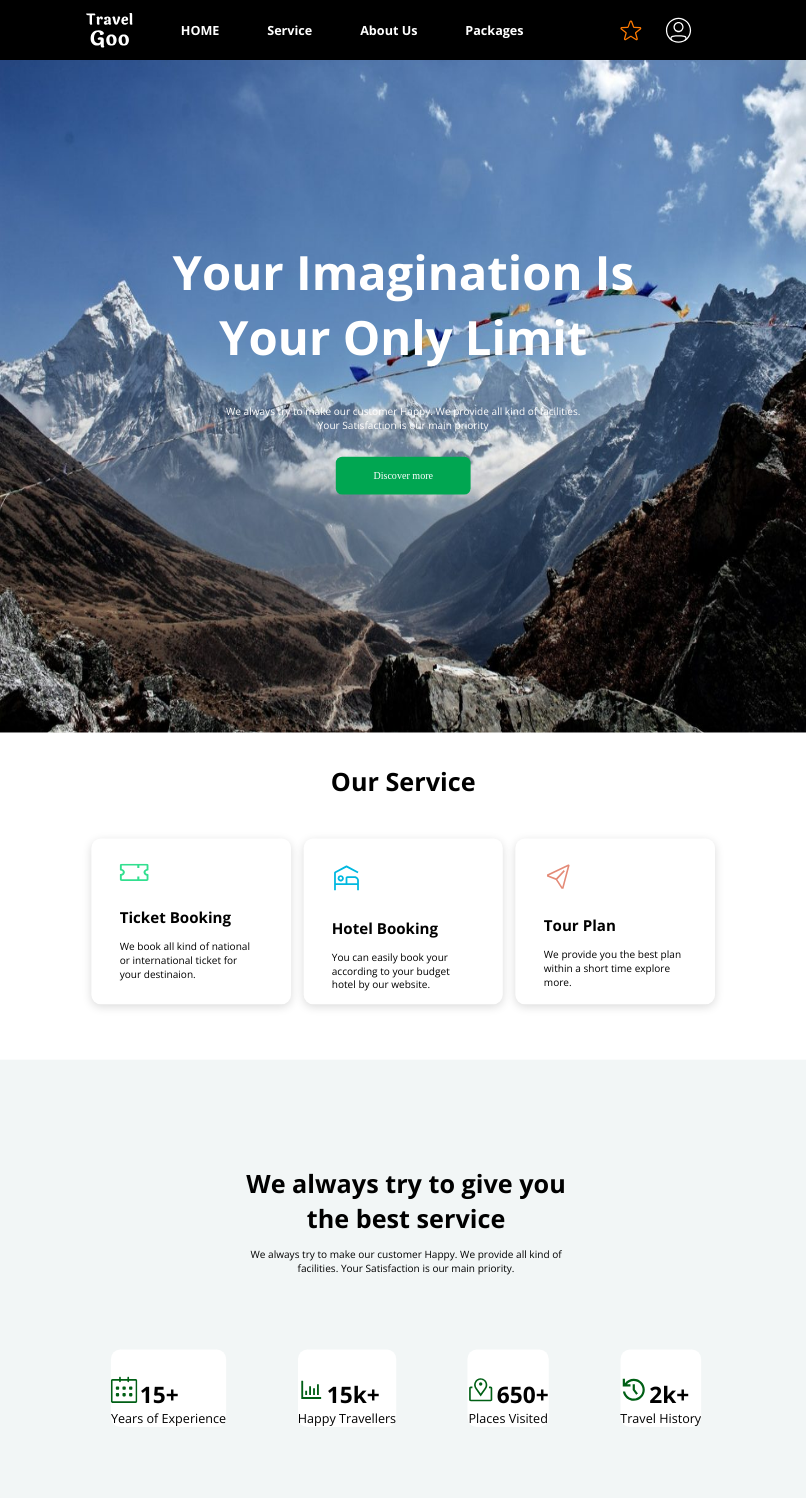
Repository: kubrazamanova/Background-Image
Page: index.html
The author's editor kept a copy of each file at every save. The page is drawn from the files as they stood at one save, then again after the next save.
The browser window is 1280 px wide. The pictures show the whole page, at 63% of full size.

Above is the page before, as saved 2023-10-17 19:04:57.

After the next save:
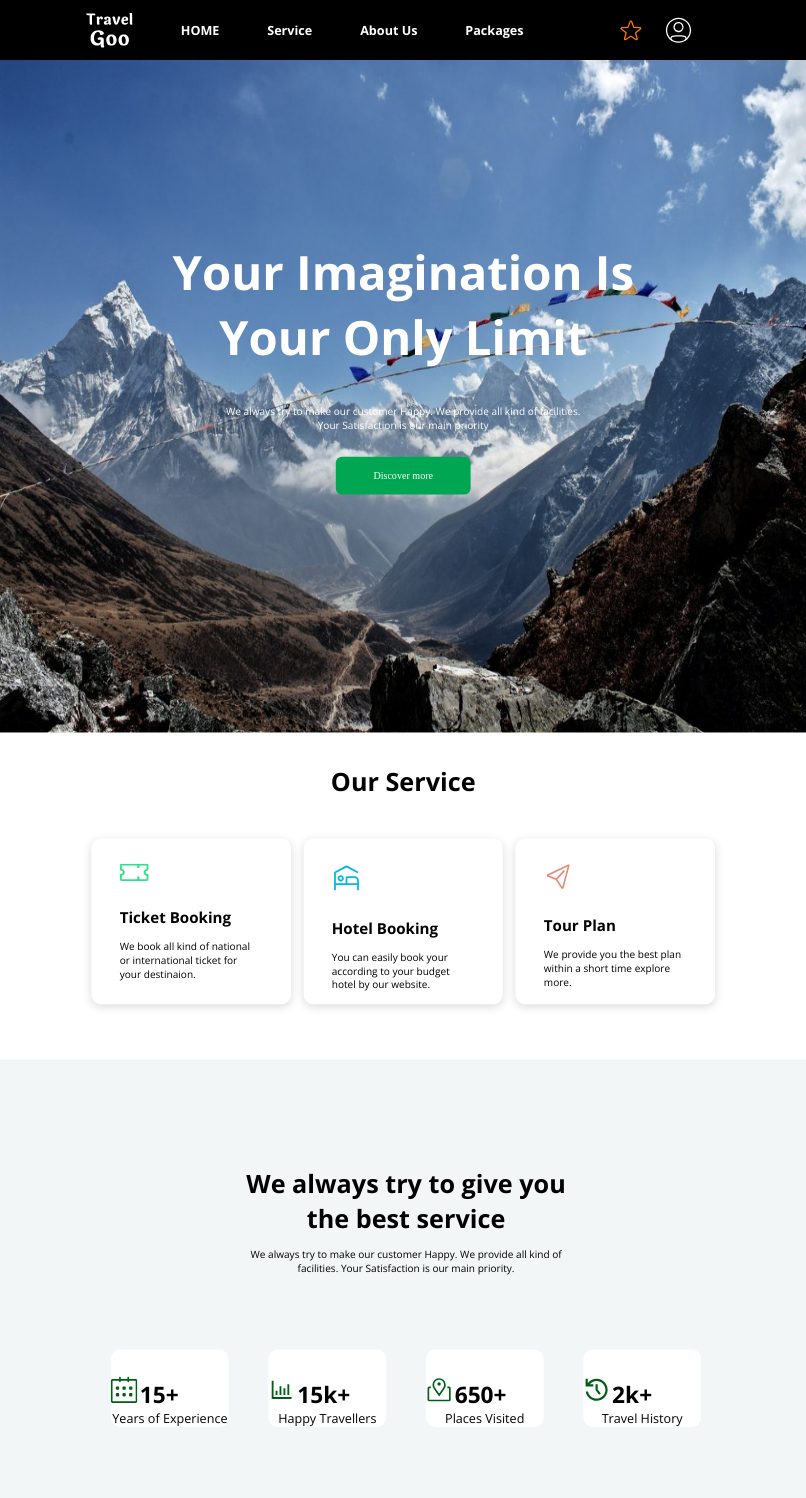
Saved 15 s later.
--- a/index.css
+++ b/index.css
@@ -194,6 +194,7 @@ main {
 }
 
 .best-service ul li {
+  width: 20%;
   list-style-type: none;
   /* width: 250px;
   height: 250px; */
